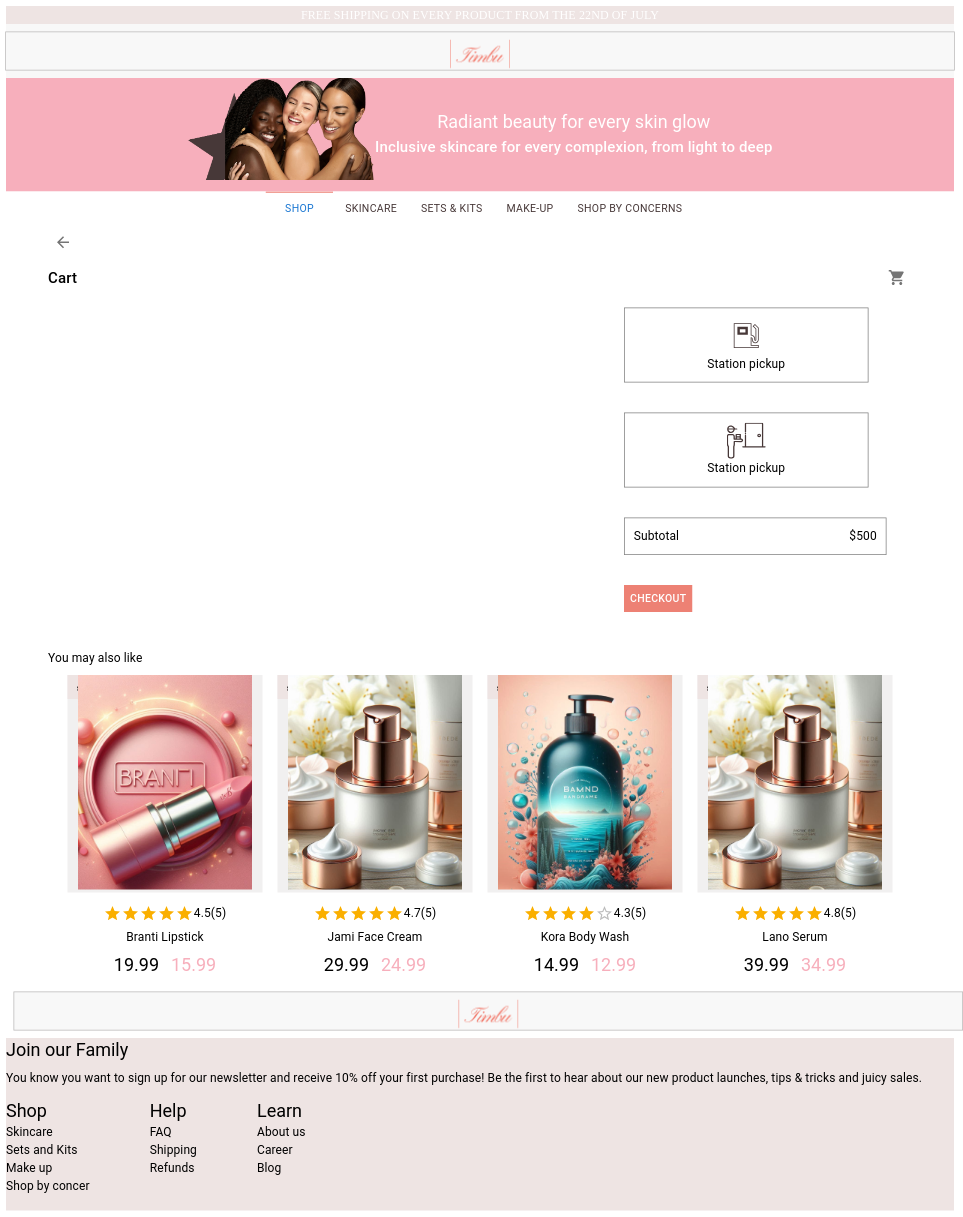
Repository: Armstrong2035/hng-project-two
Page: /cart (app in timbu-store/)
The author's editor kept a copy of each file at every save. The page is drawn from the files as they stood at one save, then again after the next save.
The browser window is 1280 px wide. The page is 1284 px wide, so the pictures cover 1284 px, including what lies to the right of the window. The pictures show the whole page, at 75% of full size.
The project was rebuilt for these pictures with package versions that can differ from the ones it lists, and the page was loaded fresh each time. The framework's server and built-in components were replaced by stand-ins that run in the browser. Also part of the build but not shown: timbu-store/next.config.mjs, timbu-store/src/app/fonts.css, timbu-store/components/Products/Filters.js, timbu-store/components/Products/FiltersMobile.js.

Above is the page before, as saved 2024-07-10 00:45:27.

### timbu-store/src/app/layout.js
"use client";

import "./fonts.css";
import { Html, Main, NextScript } from "next/document";
import Head from "next/head";

const metadata = {
  title: "Timbu Store",
  description: "We sell beauty",
};

export default function RootLayout({ children }) {
  return (
    <>
      <html>
        <Head>
          <title>{metadata.title}</title>
          <meta name="description" content={metadata.description} />
        </Head>
        <body>{children}</body>
      </html>
    </>
  );
}

### timbu-store/src/app/cart/page.js
"use client";
import React from "react";
import CartPage from "../../../components/checkout/cart/CartPage";
import Footer from "../../../components/footer/Footer";
import Header from "../../../components/header/Header";

export default function Page() {
  return (
    <>
      <Header />
      <CartPage />
      <Footer />
    </>
  );
}

### timbu-store/components/checkout/cart/CartPage.js
"use client";
import useStore from "@/store/store";
import Image from "next/image";
import doorDelivery from "../../../public/icons/door-delivery.svg";
import stationPickup from "../../../public/icons/station-pickup.svg";
import {
  Typography,
  Box,
  Stack,
  Grid,
  Button,
  Card,
  CardContent,
  Container,
  AppBar,
} from "@mui/material";
import React, { useState } from "react";
import Cart from "./Cart";
import Header from "../../header/Header";
import CartNav from "./CartNav";
import Link from "next/link";
import ProductRecommendations from "../../Products/ProductRecommendations";
export default function CartPage() {
  return (
    <>
      <Container>
        <CartNav />
        <Grid container>
          <Grid item className={"item"} xl={10} lg={8} md={6} sm={12} xs={12}>
            <Cart />
          </Grid>
          <Grid item xl={4} lg={4} md={6} sm={12} xs={12}>
            <Stack spacing={5}>
              <Box
                sx={{
                  border: "1px solid grey",
                  height: "98px",
                  width: "324px",
                  display: "flex",
                  flexDirection: "column",
                  alignItems: "center",
                  justifyContent: "center",
                }}
              >
                <Image alt={"station pickup"} src={stationPickup} />
                <Typography>Station pickup</Typography>
              </Box>

              <Box
                sx={{
                  border: "1px solid grey",
                  height: "98px",
                  width: "324px",
                  display: "flex",
                  flexDirection: "column",
                  alignItems: "center",
                  justifyContent: "center",
                }}
              >
                <Image alt={"door delivery"} src={doorDelivery} />
                <Typography>Station pickup</Typography>
              </Box>

              <Box
                sx={{
                  border: "1px solid grey",
                  width: "324px",
                  display: "flex",
                  flexDirection: "row",
                  alignItems: "center",
                  justifyContent: "space-between",
                  padding: "12px",
                }}
              >
                <Typography>Subtotal</Typography>
                <Typography>$500</Typography>
              </Box>
              <Link href={"/checkout"}>
                <Button
                  sx={{
                    backgroundColor: " #ED8174",
                    color: "#FFFFFF",
                    borderRadius: "0",
                    "&:hover": {
                      backgroundColor: "#C9675B",
                    },
                  }}
                >
                  Checkout
                </Button>
              </Link>
            </Stack>
          </Grid>
        </Grid>
        <ProductRecommendations />
      </Container>
    </>
  );
}

### timbu-store/components/footer/Footer.js
import React from "react";
import {
  Container,
  Grid,
  Typography,
  TextField,
  Button,
  AppBar,
  Toolbar,
  Box,
  Stack,
} from "@mui/material";
import TimbuStore from "../header/TimbuStore";

function Footer() {
  return (
    <>
      <TimbuStore />
      <Box
        sx={{
          inTop: "2rem",
          backgroundColor: "#EEE4E3",
          height: "230px",
        }}
      >
        <Grid container>
          <Grid item sm={12}>
            <Stack>
              <Typography variant="h5" gutterBottom>
                Join our Family
              </Typography>
              <Typography variant="body1" paragraph>
                You know you want to sign up for our newsletter and receive 10%
                off your first purchase! Be the first to hear about our new
                product launches, tips & tricks and juicy sales.
              </Typography>
            </Stack>
          </Grid>

          <Grid item sm={12}>
            <Stack direction={"row"} spacing={10}>
              <Stack>
                <Typography variant={"h5"}>Shop</Typography>
                <Typography>Skincare</Typography>
                <Typography>Sets and Kits</Typography>
                <Typography>Make up</Typography>
                <Typography>Shop by concer</Typography>
              </Stack>
              <Stack>
                <Typography variant={"h5"}>Help</Typography>
                <Typography>FAQ</Typography>
                <Typography>Shipping</Typography>
                <Typography>Refunds</Typography>
              </Stack>
              <Stack>
                <Typography variant={"h5"}>Learn</Typography>
                <Typography>About us</Typography>
                <Typography>Career</Typography>
                <Typography>Blog</Typography>
              </Stack>
            </Stack>
          </Grid>
        </Grid>
      </Box>
    </>
  );
}

export default Footer;

### timbu-store/components/header/Header.js
"use client";
import { AppBar, Typography, Box, Stack } from "@mui/material";
import React from "react";
import Image from "next/image";
import Group1 from "../../public/utility-images/Group1.png";
import TimbuStore from "./TimbuStore";
import Promotion from "./Promotion";
import SimpleTabs from "./NavBar";
import Filters from "../Products/Filters";
import { useTheme } from "@mui/material/styles";
import useMediaQuery from "@mui/material/useMediaQuery";
import FiltersMobile from "../Products/FiltersMobile";

export default function Header() {
  const theme = useTheme();
  const isDesktop = useMediaQuery(theme.breakpoints.up("lg"));

  return (
    <>
      <Stack alignItems={"center"}>
        <AppBar
          elevation={"none"}
          sx={{
            backgroundColor: "#F8F8F8",
            position: "relative",
            width: "100%",
          }}
        >
          <Stack alignItems={"center"}>
            <Promotion />
            <TimbuStore />
            <Stack
              alignItems={"center"}
              textAlign={"center"}
              direction={isDesktop ? "row" : "column-reverse"}
              justifyContent={"center"}
              sx={{ backgroundColor: "#F7AFBC", width: "100%" }}
            >
              <Box sx={{ width: "250.08px", height: "150.77px" }}>
                <Image
                  src={Group1}
                  alt={"group of women"}
                  layout="responsive"
                  width={100}
                  height={100}
                  objectFit="contain"
                />
              </Box>
              <Box>
                <Typography variant={"h5"}>
                  Radiant beauty for every skin glow
                </Typography>
                <Typography variant={"h6"}>
                  Inclusive skincare for every complexion, from light to deep
                </Typography>
              </Box>
            </Stack>
          </Stack>
        </AppBar>

        {!isDesktop && (
          <Box sx={{ alignSelf: "flex-start" }}>
            <FiltersMobile />
          </Box>
        )}

        {isDesktop && <SimpleTabs />}
      </Stack>
    </>
  );
}

### timbu-store/src/store/store.js
import { create } from "zustand";
import { persist } from "zustand/middleware";

const useStore = create(
  (set) => ({
    cart: [],
    addToCart: (item) => set((state) => ({ cart: [...state.cart, item] })),
  }),
  {
    name: "cart-storage",
  }
);

export default useStore;

### timbu-store/components/checkout/cart/Cart.js
"use client";
import React, { useState } from "react";
import useStore from "@/store/store";
import {
  Box,
  Grid,
  Stack,
  Card,
  CardContent,
  Typography,
  Button,
} from "@mui/material";
import Image from "next/image";

export default function Cart() {
  const [orderVolume, setOrderVolume] = useState(1);
  const cart = useStore((state) => state.cart);

  console.log(cart);
  return (
    <>
      <Stack spacing={10}>
        {cart.map((item) => (
          <Box
            key={item.id}
            className={"order summary"}
            style={{
              width: "100%",
              display: "flex",
              alignItems: "center",
              justifyContent: "space-between",
            }}
          >
            <Box sx={{ backgroundColor: "#F8F8F8" }}>
              <Stack direction={"row"} alignItems={"center"} spacing={2}>
                <Box
                  sx={{
                    display: "flex",
                    alignItems: "center",
                    justifyContent: "center",
                    backgroundColor: "#F1F0F0",
                    position: "relative",
                    "&:hover .add-to-cart": {
                      opacity: 1,
                    },

                    "&:hover": {
                      backgroundColor: "#E6DFDF",
                    },
                    width: "260px",
                    height: "290px",
                  }}
                  elevation={"none"}
                >
                  <div
                    style={{
                      width: "300",
                      height: "300",
                      position: "relative",
                      padding: "10px, 10px",
                    }}
                  >
                    <Image
                      src={item.imageUrl}
                      alt={item.productName}
                      layout="responsive"
                      width={500}
                      height={500}
                      objectFit="contain"
                    />
                  </div>
                </Box>
                <Box sx={{ padding: "16px" }}>
                  <Typography>{item.productName}</Typography>
                  <Box
                    sx={{
                      border: "1px solid #B2A6A6",
                      display: "flex",
                      flexDirection: "row",
                      alignItems: "center",
                      margin: "10px 0",
                    }}
                  >
                    <Button
                      sx={{ color: "#473838" }}
                      onClick={() =>
                        setOrderVolume(orderVolume > 1 ? orderVolume - 1 : 1)
                      }
                    >
                      -
                    </Button>
                    <Typography sx={{ padding: "0 10px" }}>
                      {orderVolume}
                    </Typography>
                    <Button
                      sx={{ color: "#473838" }}
                      onClick={() => setOrderVolume(orderVolume + 1)}
                    >
                      +
                    </Button>
                  </Box>

                  <Button sx={{ color: "#ED8174" }}>Remove</Button>
                </Box>
              </Stack>
            </Box>

            <Typography sx={{ margin: "auto 80px" }}>
              {item.discountPrice}
            </Typography>
          </Box>
        ))}
      </Stack>
    </>
  );
}

### timbu-store/components/checkout/cart/CartNav.js
"use client";

import { Box, Stack, Typography, IconButton } from "@mui/material";
import React from "react";
import ArrowBackIcon from "@mui/icons-material/ArrowBack";
import ShoppingCartIcon from "@mui/icons-material/ShoppingCart";
import Link from "next/link";

export default function CartNav() {
  return (
    <Box sx={{ width: "100%", paddingBottom: "20px" }}>
      <Link href={"/"}>
        <IconButton sx={{ paddingBottom: "15px" }}>
          <ArrowBackIcon />
        </IconButton>
      </Link>

      <Stack
        direction={"row"}
        justifyContent={"space-between"}
        alignItems="center"
      >
        <Typography variant="h6">Cart</Typography>
        <IconButton>
          <ShoppingCartIcon />
        </IconButton>
      </Stack>
    </Box>
  );
}

### timbu-store/components/Products/ProductRecommendations.js
"use client";
import { inventory } from "@/products";
import {
  Container,
  Grid,
  Box,
  Chip,
  Stack,
  Typography,
  Rating,
} from "@mui/material";
import Link from "next/link";
import Image from "next/image";
import React from "react";

export default function ProductRecommendations() {
  const recommendations = inventory.slice(0, 4);
  return (
    <Stack alignItems={"center"} sx={{ paddingTop: "50px" }}>
      <Typography sx={{ alignSelf: "flex-start" }}>
        You may also like
      </Typography>
      <Box
        sx={{
          display: "flex",
          flexDirection: "row",
          flexWrap: "wrap",
          alignItems: "center",
          justifyContent: "center",
        }}
      >
        {recommendations.map((product, index) => (
          <Box
            key={product.productName}
            sx={{
              margin: "10px 10px",
            }}
          >
            <Stack direction={"column"} spacing={2}>
              <Link
                href={`/product/${encodeURIComponent(product.productName)}`}
              >
                <Box
                  sx={{
                    display: "flex",
                    alignItems: "center",
                    justifyContent: "center",
                    backgroundColor: "#F1F0F0",
                    position: "relative",
                    "&:hover .add-to-cart": {
                      opacity: 1,
                    },

                    "&:hover": {
                      backgroundColor: "#E6DFDF",
                    },
                    width: "260px",
                    height: "290px",
                  }}
                  elevation={"none"}
                >
                  <Chip
                    label={"sale"}
                    sx={{
                      position: "absolute",
                      top: "0",
                      left: "0",
                      borderRadius: "0",
                      backgroundColor: "#EEE4E3",
                    }}
                  />

                  <div
                    style={{
                      width: "300",
                      height: "300",
                      position: "relative",
                      padding: "10px, 10px",
                    }}
                  >
                    <Image
                      src={product.imageUrl}
                      alt={product.productName}
                      layout="responsive"
                      width={500}
                      height={500}
                      objectFit="contain"
                    />
                  </div>

                  <Box
                    className="add-to-cart"
                    sx={{
                      backgroundColor: "#ED8174",
                      color: "white",
                      position: "absolute",
                      bottom: 0,
                      width: "100%",
                      height: "50px",
                      display: "flex",
                      justifyContent: "center",
                      alignItems: "center",
                      opacity: 0,
                      transition: "opacity 0.3s",
                      cursor: "pointer",
                      "&:hover": {
                        backgroundColor: "#C9675B",
                      },
                    }}
                    onClick={(e) => {
                      e.stopPropagation();
                      e.preventDefault();
                      addToCart(product);
                    }}
                  >
                    Add To Cart
                  </Box>
                </Box>
              </Link>

              <Box>
                <Stack spacing={1} alignItems={"center"}>
                  <Stack direction={"row"}>
                    <Rating name="read-only" value={product.rating} readOnly />
                    <Typography>{`${product.rating}(5)`}</Typography>
                  </Stack>
                  <Typography>{`${product.productName}`}</Typography>
                  <Stack spacing={2} direction={"row"}>
                    <Typography variant={"h5"}>{`${product.price}`}</Typography>

                    <Typography
                      variant={"h5"}
                      sx={{ color: "#F7AFBC" }}
                    >{`${product.discountPrice}`}</Typography>
                  </Stack>
                </Stack>
              </Box>
            </Stack>
          </Box>
        ))}
      </Box>
    </Stack>
  );
}

### timbu-store/components/header/TimbuStore.js
"use client";

import Image from "next/image";
import Timbu from "../../public/utility-images/Timbu.png";
import Link from "next/link";

export default function TimbuStore() {
  return (
    <div
      style={{
        width: "100%",
        backgroundColor: "#F8F8F8",
        display: "flex",
        justifyContent: "center",
        alignItems: "center",
        padding: "10px 0",
        border: "1px solid #BCBABA",
        margin: "10px",
      }}
    >
      <Link href={"/"}>
        <div style={{ width: "80px", height: "30px" }}>
          <Image
            src={Timbu}
            alt={"timbu store logo"}
            layout="responsive"
            width={50}
            height={50}
            objectFit="contain"
          />
        </div>
      </Link>
    </div>
  );
}

### timbu-store/components/header/Promotion.js
"use client";

import { Typography, Box } from "@mui/material";
import React from "react";

export default function Promotion() {
  return (
    <>
      <Box
        sx={{
          display: "flex",
          alignItems: "center",
          justifyContent: "center",
          width: "100%",
          backgroundColor: "#EEE4E3",
          padding: "15px, 0",
        }}
      >
        <Typography sx={{ fontFamily: "kanit-regular" }}>
          FREE SHIPPING ON EVERY PRODUCT FROM THE 22ND OF JULY
        </Typography>
      </Box>
    </>
  );
}

### timbu-store/components/header/NavBar.js
import React, { useState } from "react";
import { Tabs, Tab, Typography, Box } from "@mui/material";

function TabPanel(props) {
  const { children, value, index, ...other } = props;

  return (
    <div
      role="tabpanel"
      hidden={value !== index}
      id={`simple-tabpanel-${index}`}
      aria-labelledby={`simple-tab-${index}`}
      {...other}
    >
      {value === index && <Typography>{children}</Typography>}
    </div>
  );
}

export default function SimpleTabs() {
  const [value, setValue] = useState(0);

  const handleChange = (event, newValue) => {
    setValue(newValue);
  };

  return (
    <Box>
      <Tabs
        value={value}
        onChange={handleChange}
        TabIndicatorProps={{
          style: {
            top: 0,
            bottom: "auto",
            backgroundColor: "#ED8174",
          },
        }}
        sx={{
          "& .MuiTab-root": {
            fontWeight: "normal",
          },
          "& .Mui-selected": {
            color: "#473838",
            fontWeight: "normal",
          },
        }}
      >
        <Tab
          label="Shop"
          sx={{
            color: " #473838",
            fontWeight: "normal",
          }}
        />
        <Tab
          label="Skincare"
          sx={{
            color: " #473838",
            fontWeight: "normal",
          }}
        />
        <Tab
          label="Sets & Kits"
          sx={{
            color: " #473838",
            fontWeight: "normal",
          }}
        />
        <Tab
          label="Make-up"
          sx={{
            color: " #473838",
            fontWeight: "normal",
          }}
        />
        <Tab
          label="Shop by Concerns"
          sx={{
            color: " #473838",
            fontWeight: "normal",
          }}
        />
      </Tabs>
    </Box>
  );
}

Loaded but not shown: timbu-store/src/products.js (254 lines, source omitted)

After the next save:
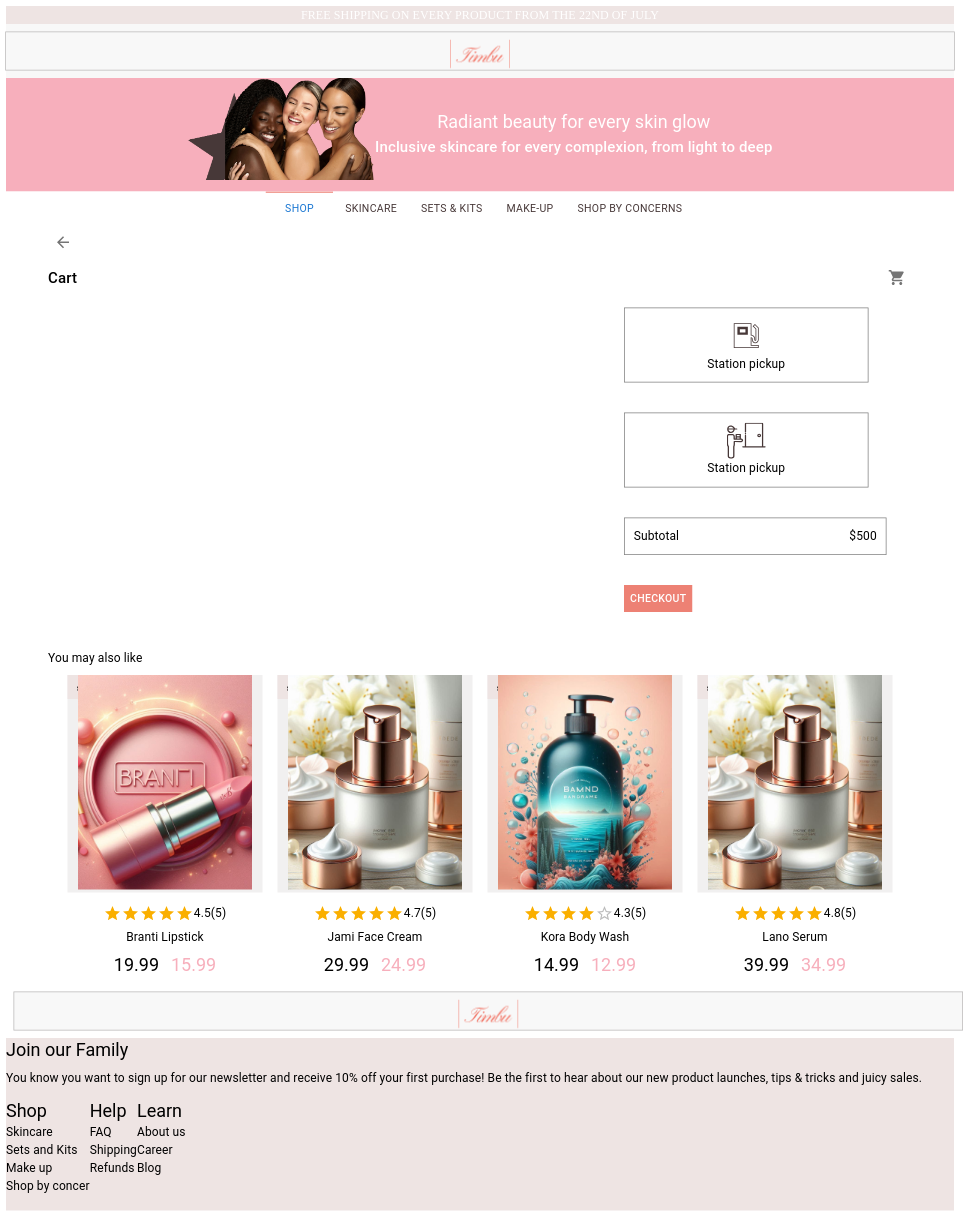
Saved 73 s later.
--- a/timbu-store/components/footer/Footer.js
+++ b/timbu-store/components/footer/Footer.js
@@ -38,7 +38,7 @@ function Footer() {
           </Grid>
 
           <Grid item sm={12}>
-            <Stack direction={"row"} spacing={10}>
+            <Grid container>
               <Stack>
                 <Typography variant={"h5"}>Shop</Typography>
                 <Typography>Skincare</Typography>
@@ -58,7 +58,7 @@ function Footer() {
                 <Typography>Career</Typography>
                 <Typography>Blog</Typography>
               </Stack>
-            </Stack>
+            </Grid>
           </Grid>
         </Grid>
       </Box>
